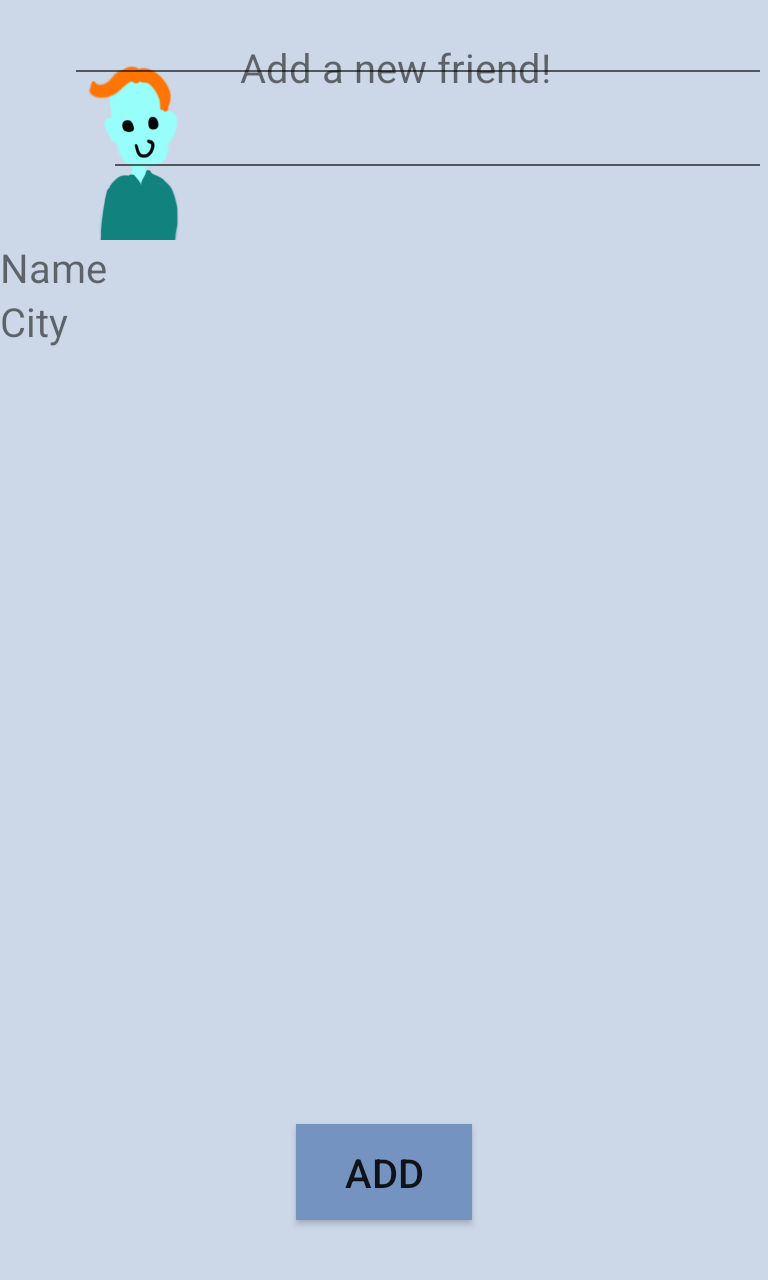
Repository: hinasakazaki/WeatherWithFriends
Layout: WeatherWithFriends/res/layout/add_fragment.xml
These files come from the project's save history. The layout is drawn as it stood at one moment and after the next save; the edit follows.
It is drawn on a 768 x 1280 px phone screen (xhdpi) without system bars, with theme AppTheme; the app's code is not run.

Above is the layout before, as saved 2014-06-09 22:26:02.

After the next save:
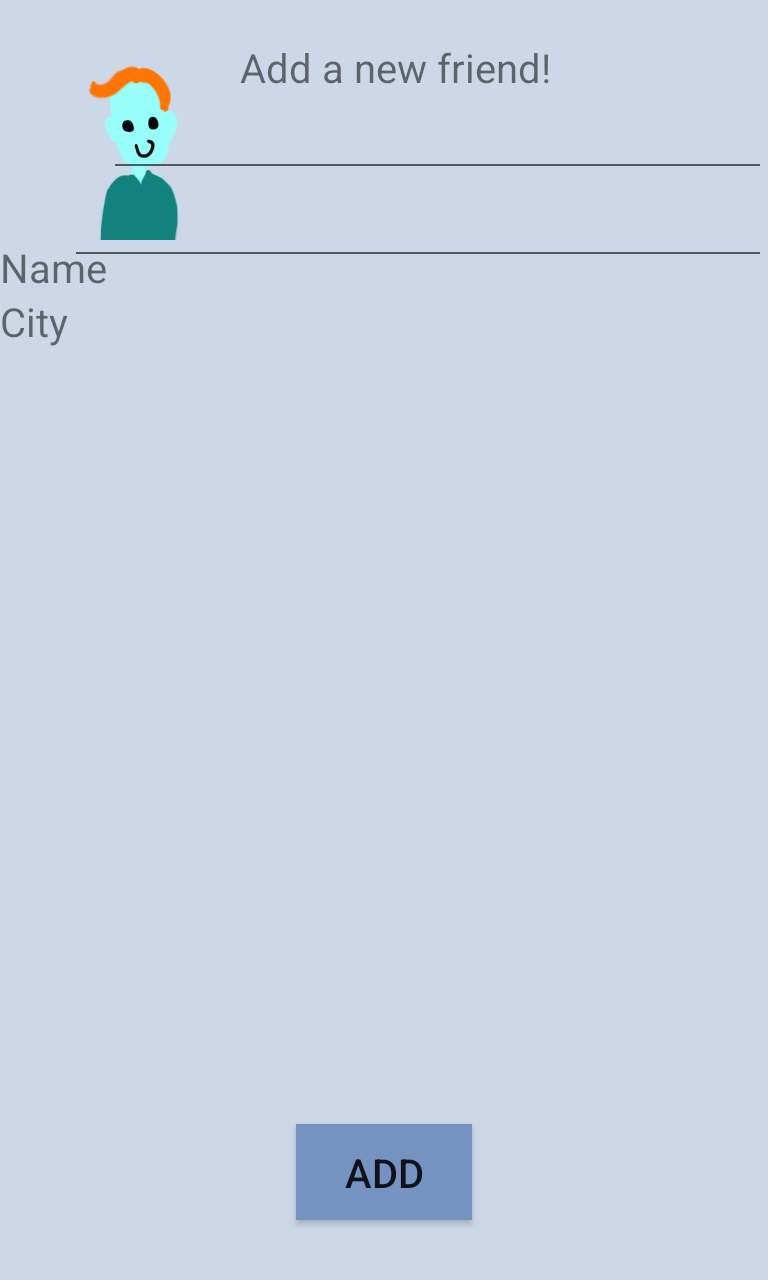
Saved 15 s later.
--- a/WeatherWithFriends/res/layout/add_fragment.xml
+++ b/WeatherWithFriends/res/layout/add_fragment.xml
@@ -60,6 +60,7 @@
     	    android:layout_height="wrap_content"
     	    android:layout_alignParentRight="true"
     	    android:layout_toRightOf="@id/city"
+    	    android:layout_below="@id/nameEdit"
     	     android:textSize="20dp"
     	    />
 
